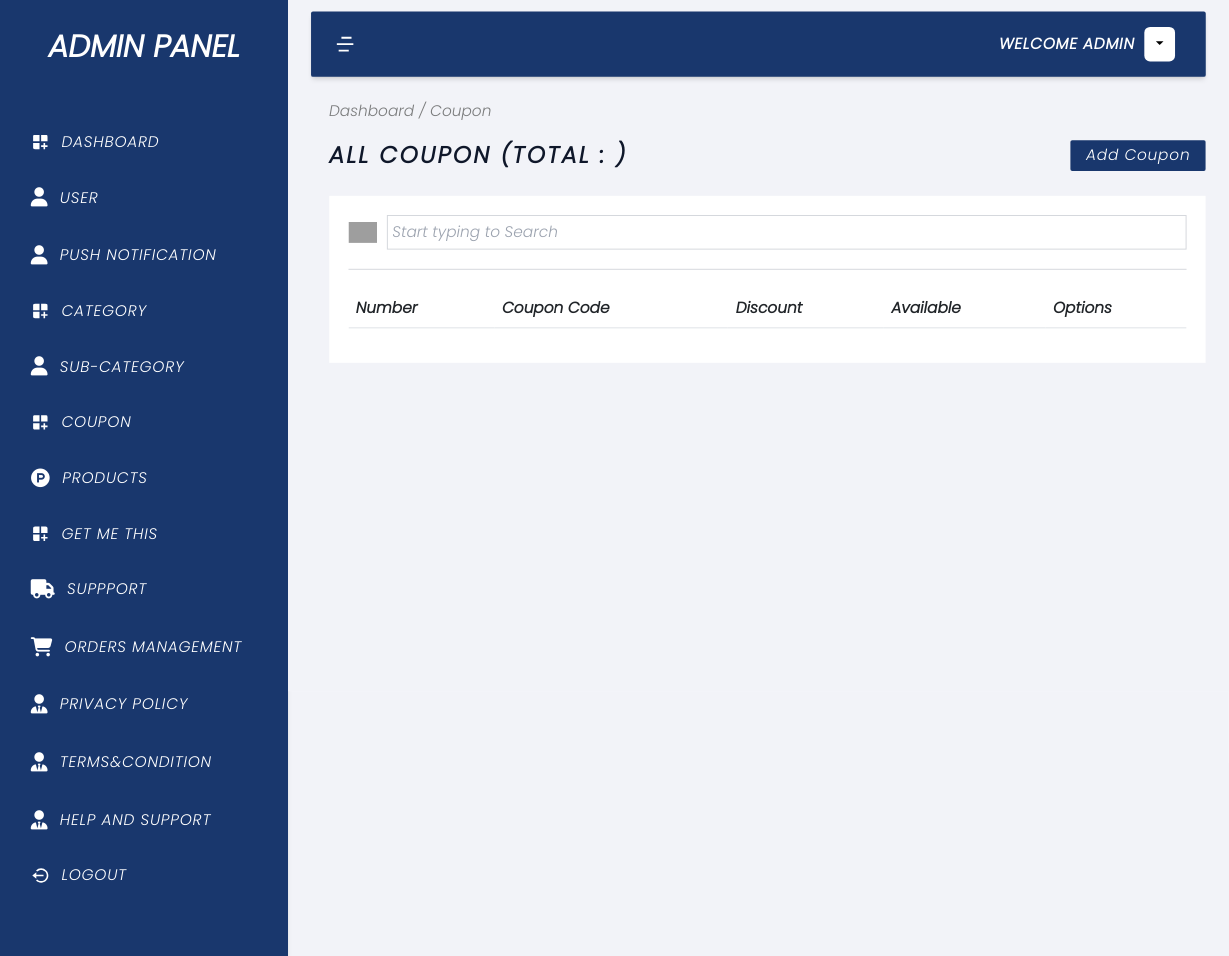
Repository: arpanmalik/project-khanna
Page: /coupon
An editor plug-in stored every save of this project. The page is shown before and after a run of saves, followed by the edit.
The browser window is 1280 px wide. The pictures show the whole page, at 96% of full size.
Pictures or frames that could not be fetched are drawn as grey boxes. Some web libraries are served in a nearby version. The project was rebuilt for these pictures with package versions that can differ from the ones it lists, and the page was loaded fresh each time. Also part of the build but not shown: src/E-CommerceAdmin/forms/Login.jsx, src/E-CommerceAdmin/pages/Dashboard.jsx, src/E-CommerceAdmin/pages/ECategory.js, src/E-CommerceAdmin/pages/EProduct.js, src/E-CommerceAdmin/pages/EVendorList.js, src/E-CommerceAdmin/pages/EAdminOrders.js, src/E-CommerceAdmin/pages/EAdminProduct.js, src/E-CommerceAdmin/pages/EAdminDelivery.js and 11 more. Imported but missing from the stored project, and not drawn on this page: src/E-CommerceAdmin/pages/Component/SpinnerComp, src/E-CommerceVendor/forms/EVendorLogin, src/E-CommerceVendor/pages/EVCategory, src/E-CommerceVendor/pages/EVCoupon, src/E-CommerceVendor/pages/EVDashboard, src/E-CommerceVendor/pages/EVOrders, src/E-CommerceVendor/pages/EVProduct, src/E-CommerceVendor/pages/EVSubCategory.

Above is the page before, as saved 2023-05-16 15:58:10.

After the next 2 saves:
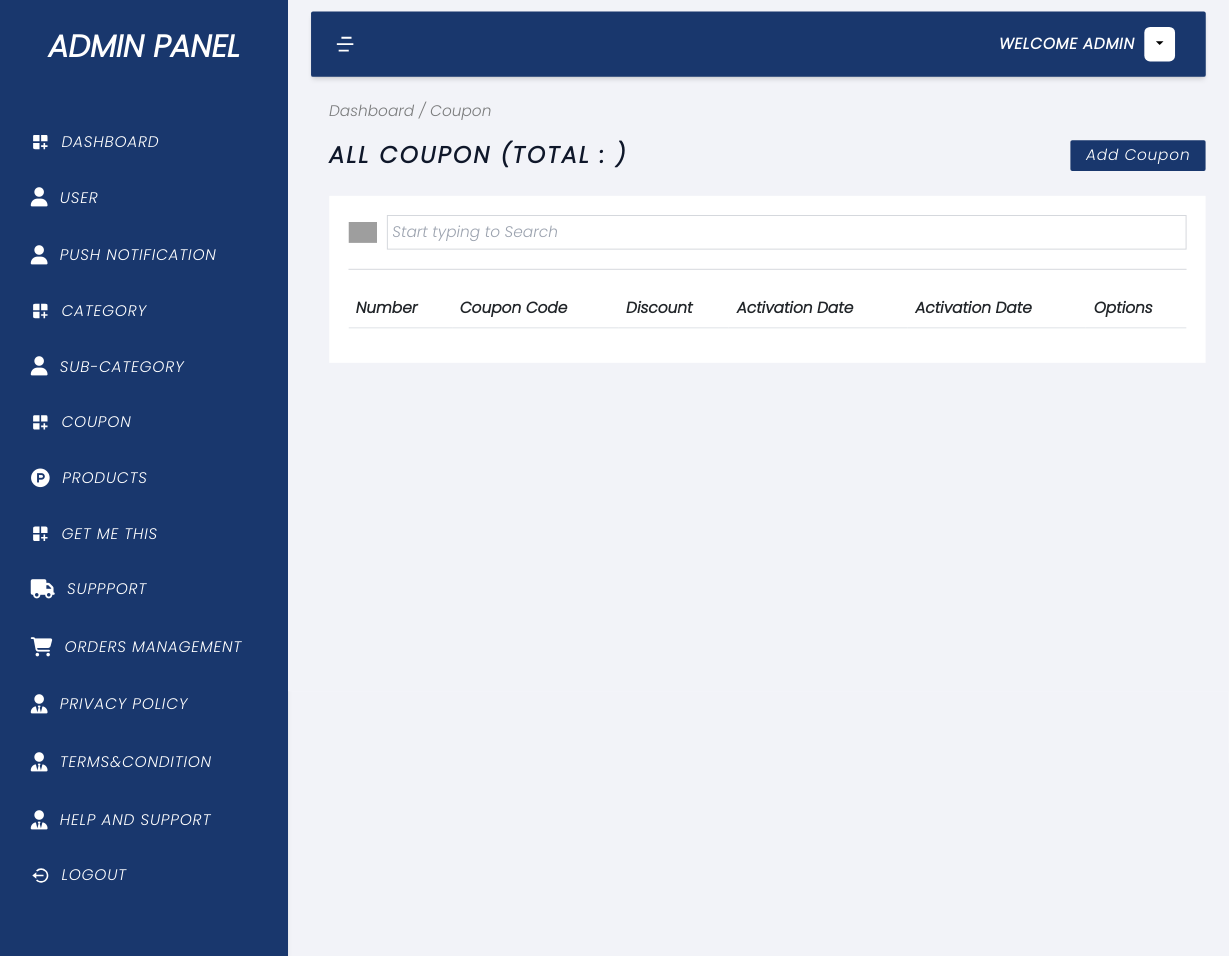
The 2 saves are shown as one change because they came seconds apart.
The last was saved 12 s later.
--- a/src/E-CommerceAdmin/pages/Coupon.js
+++ b/src/E-CommerceAdmin/pages/Coupon.js
@@ -140,7 +140,8 @@ const Coupon = () => {
                 <th>Number</th>
                 <th>Coupon Code</th>
                 <th>Discount</th>
-                <th>Available</th>
+                <th>Activation Date</th>
+                <th>Activation Date</th>
                 <th>Options</th>
               </tr>
             </thead>
